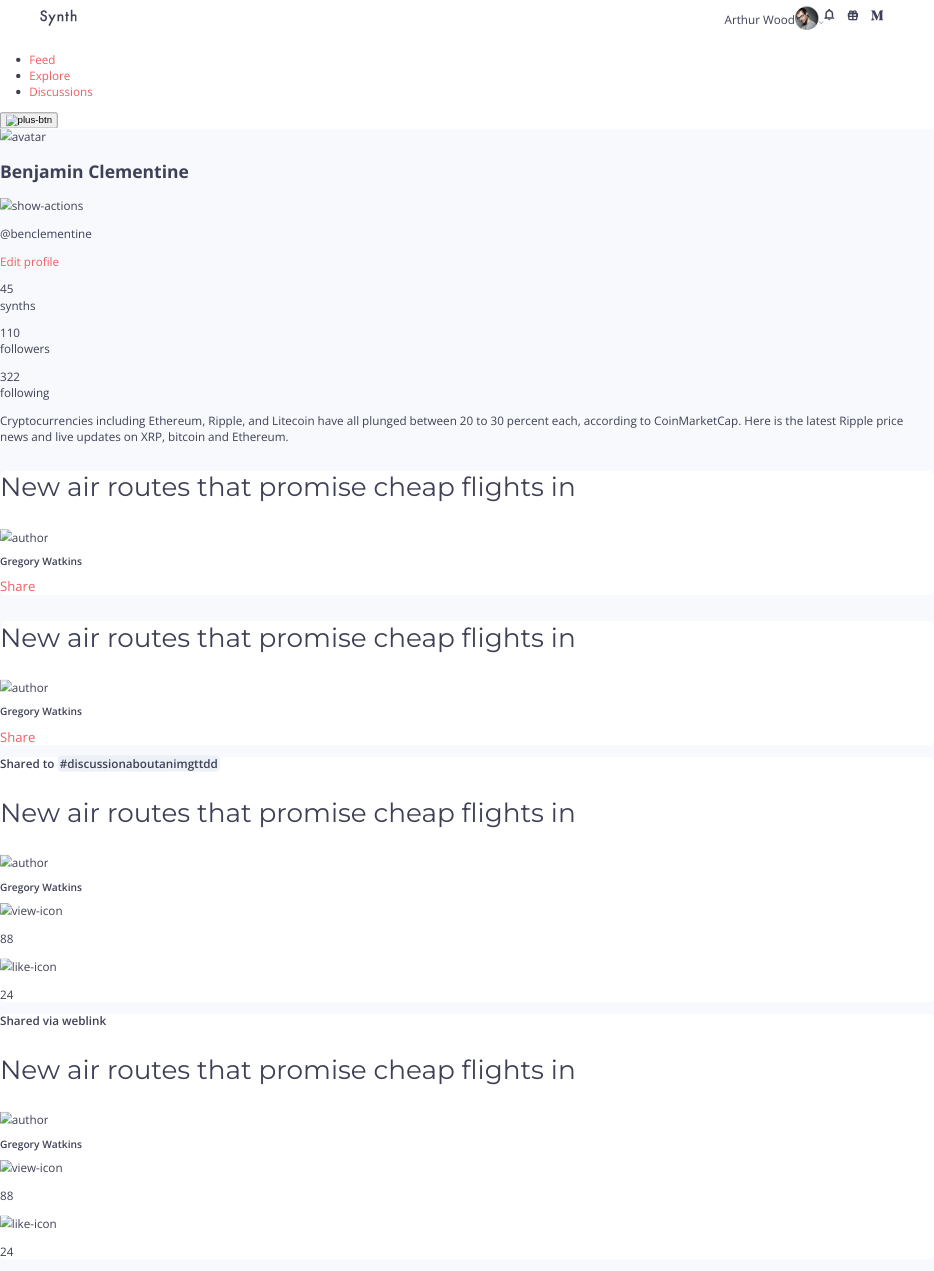
Repository: ecspetra/swivl-test-task
Page: index.html
The author's editor kept a copy of each file at every save. The page is drawn from the files as they stood at one save, then again after the next save.
The browser window is 1280 px wide. The pictures show the whole page, at 73% of full size.
The style sheet was rebuilt from its Sass, Less or Tailwind sources for each picture, by a compiler version that may differ from the author's.

Above is the page before, as saved 2021-12-09 22:10:18.

### index.html
<!DOCTYPE html>
<html lang="en">

<head>
    <meta charset="UTF-8">
    <meta http-equiv="X-UA-Compatible" content="IE=edge">
    <meta name="viewport" content="width=device-width, initial-scale=1.0">
    <link rel="stylesheet" href="css/style.css">
    <link rel="preconnect" href="https://fonts.googleapis.com">
    <link rel="preconnect" href="https://fonts.gstatic.com" crossorigin>
    <link
        href="https://fonts.googleapis.com/css2?family=Montserrat:wght@400;600&family=Open+Sans:wght@400;600;700&display=swap"
        rel="stylesheet">
    <title>Synth User Profile</title>
</head>

<body>
    <header>
        <div class="header">
            <div class="header__logo-wrapper">
                <img class="header__logo" src="img/synth-logotype.svg" alt="synth-logotype">
            </div>
            <div class="header__profile">
                <div class="header__user">
                    <p class="header__username">Arthur Wood</p>
                    <div class="header__avatar-wrapper">
                        <img class="header__avatar" src="img/header__avatar.png" alt="avatar">
                    </div>
                    <div class="header__arrow-wrapper">
                        <svg class="header__arrow-icon" id="ba6410b2-2881-4fc2-923a-a8db5a3872e4" data-name="Слой 1"
                            xmlns="http://www.w3.org/2000/svg" viewBox="0 0 10 6">
                            <defs>
                                <style>
                                    .f6cb09cf-160b-4058-9ce5-6ae66b7c591d {
                                        fill: #3e4056;
                                    }
                                </style>
                            </defs>
                            <path class="f6cb09cf-160b-4058-9ce5-6ae66b7c591d"
                                d="M5,6a1,1,0,0,1-.71-.29l-4-4A1,1,0,0,1,1.71.29L5,3.59,8.29.29A1,1,0,1,1,9.71,1.71l-4,4A1,1,0,0,1,5,6Z" />
                        </svg>
                    </div>
                </div>
                <div class="header__icons">
                    <div class="header__icon-wrapper">
                        <svg class="header__notifications-icon" width="14" height="16" viewBox="0 0 14 16" fill="none"
                            xmlns="http://www.w3.org/2000/svg">
                            <mask id="path-1-inside-1_0_47" fill="white">
                                <path fill-rule="evenodd" clip-rule="evenodd"
                                    d="M8.64706 14.4C8.64706 15.28 7.90588 16 7 16C6.09412 16 5.35294 15.28 5.35294 14.4H6.64706H7H7.35294H8.64706ZM7 3.51197L6.2133 3.69304C4.69773 4.04187 3.64706 5.33599 3.64706 6.8V11.2V11.6H11.9644L12.3529 11.2L12.7647 11.6L14 12.8V13.6H13.2229H12H11.9532H2.04679H2H0.777143H0V12.8L1.23529 11.6L1.64706 11.2V6.8C1.64706 4.344 3.40118 2.288 5.76471 1.744V1.2C5.76471 0.536 6.31647 0 7 0C7.68353 0 8.23529 0.536 8.23529 1.2V1.744C10.5988 2.288 12.3529 4.344 12.3529 6.8V11.2H10.3529V6.8C10.3529 5.33599 9.30227 4.04187 7.7867 3.69304L7 3.51197Z" />
                            </mask>
                            <path
                                d="M8.64706 14.4H10.6471V12.4H8.64706V14.4ZM5.35294 14.4V12.4H3.35294V14.4H5.35294ZM6.2133 3.69304L6.6619 5.64208H6.6619L6.2133 3.69304ZM7 3.51197L7.4486 1.56293L7 1.45968L6.5514 1.56293L7 3.51197ZM3.64706 11.6H1.64706V13.6H3.64706V11.6ZM11.9644 11.6V13.6H12.8098L13.3989 12.9936L11.9644 11.6ZM12.7647 11.6L11.3711 13.0346L12.7647 11.6ZM14 12.8H16V11.9545L15.3936 11.3654L14 12.8ZM14 13.6V15.6H16V13.6H14ZM0 13.6H-2V15.6H0V13.6ZM0 12.8L-1.39357 11.3654L-2 11.9545V12.8H0ZM1.23529 11.6L-0.158278 10.1654H-0.158278L1.23529 11.6ZM1.64706 11.2L3.04063 12.6346L3.64706 12.0455V11.2H1.64706ZM5.76471 1.744L6.2133 3.69304L7.76471 3.33596V1.744H5.76471ZM8.23529 1.744H6.23529V3.33596L7.78669 3.69304L8.23529 1.744ZM10.3529 11.2H8.35294V13.2H10.3529V11.2ZM7.7867 3.69304L7.3381 5.64208H7.3381L7.7867 3.69304ZM7 18C8.95541 18 10.6471 16.4388 10.6471 14.4H6.64706C6.64706 14.1212 6.85636 14 7 14V18ZM3.35294 14.4C3.35294 16.4388 5.04459 18 7 18V14C7.14364 14 7.35294 14.1212 7.35294 14.4H3.35294ZM6.64706 12.4H5.35294V16.4H6.64706V12.4ZM7 12.4H6.64706V16.4H7V12.4ZM7.35294 12.4H7V16.4H7.35294V12.4ZM8.64706 12.4H7.35294V16.4H8.64706V12.4ZM6.6619 5.64208L7.4486 5.46101L6.5514 1.56293L5.76471 1.744L6.6619 5.64208ZM5.64706 6.8C5.64706 6.32045 6.00193 5.79398 6.6619 5.64208L5.76471 1.744C3.39352 2.28976 1.64706 4.35153 1.64706 6.8H5.64706ZM5.64706 11.2V6.8H1.64706V11.2H5.64706ZM5.64706 11.6V11.2H1.64706V11.6H5.64706ZM11.9644 9.6H3.64706V13.6H11.9644V9.6ZM10.9184 9.80643L10.5298 10.2064L13.3989 12.9936L13.7875 12.5936L10.9184 9.80643ZM14.1583 10.1654L13.7465 9.76544L10.9594 12.6346L11.3711 13.0346L14.1583 10.1654ZM15.3936 11.3654L14.1583 10.1654L11.3711 13.0346L12.6064 14.2346L15.3936 11.3654ZM16 13.6V12.8H12V13.6H16ZM13.2229 15.6H14V11.6H13.2229V15.6ZM12 15.6H13.2229V11.6H12V15.6ZM11.9532 15.6H12V11.6H11.9532V15.6ZM2.04679 15.6H11.9532V11.6H2.04679V15.6ZM2 15.6H2.04679V11.6H2V15.6ZM0.777143 15.6H2V11.6H0.777143V15.6ZM0 15.6H0.777143V11.6H0V15.6ZM-2 12.8V13.6H2V12.8H-2ZM-0.158278 10.1654L-1.39357 11.3654L1.39357 14.2346L2.62887 13.0346L-0.158278 10.1654ZM0.253487 9.76544L-0.158278 10.1654L2.62887 13.0346L3.04063 12.6346L0.253487 9.76544ZM-0.352941 6.8V11.2H3.64706V6.8H-0.352941ZM5.31611 -0.20504C2.10462 0.534128 -0.352941 3.35201 -0.352941 6.8H3.64706C3.64706 5.33599 4.69773 4.04187 6.2133 3.69304L5.31611 -0.20504ZM3.76471 1.2V1.744H7.76471V1.2H3.76471ZM7 -2C5.26695 -2 3.76471 -0.622824 3.76471 1.2H7.76471C7.76471 1.69482 7.36599 2 7 2V-2ZM10.2353 1.2C10.2353 -0.622824 8.73305 -2 7 -2V2C6.63401 2 6.23529 1.69482 6.23529 1.2H10.2353ZM10.2353 1.744V1.2H6.23529V1.744H10.2353ZM14.3529 6.8C14.3529 3.35201 11.8954 0.534128 8.68389 -0.20504L7.78669 3.69304C9.30227 4.04187 10.3529 5.33599 10.3529 6.8H14.3529ZM14.3529 11.2V6.8H10.3529V11.2H14.3529ZM10.3529 13.2H12.3529V9.2H10.3529V13.2ZM8.35294 6.8V11.2H12.3529V6.8H8.35294ZM7.3381 5.64208C7.99807 5.79398 8.35294 6.32045 8.35294 6.8H12.3529C12.3529 4.35153 10.6065 2.28976 8.23529 1.744L7.3381 5.64208ZM6.5514 5.46101L7.3381 5.64208L8.23529 1.744L7.4486 1.56293L6.5514 5.46101Z"
                                fill="#3E4056" mask="url(#path-1-inside-1_0_47)" />
                        </svg>
                    </div>
                    <div class="header__icon-wrapper">
                        <svg class="header__share-icon" id="b2f878dd-77d2-4c09-b9a4-707f73bc2f55" data-name="Слой 1"
                            xmlns="http://www.w3.org/2000/svg" viewBox="0 0 16 15.42">
                            <defs>
                                <style>
                                    .bae8df2b-01c6-49e5-bc60-1f7b441e47a7 {
                                        fill: #3e4056;
                                    }
                                </style>
                            </defs>
                            <g id="b9b9b8c9-97a8-42bd-8cda-88f7a0d50de3" data-name="Rectangle 10">
                                <path class="bae8df2b-01c6-49e5-bc60-1f7b441e47a7"
                                    d="M12,15.42H4a3,3,0,0,1-3-3v-6a3,3,0,0,1,3-3h8a3,3,0,0,1,3,3v6A3,3,0,0,1,12,15.42Zm-8-10a1,1,0,0,0-1,1v6a1,1,0,0,0,1,1h8a1,1,0,0,0,1-1v-6a1,1,0,0,0-1-1Z" />
                            </g>
                            <g id="ac1fcabc-fe41-4ad4-8f2c-08a9574db54f" data-name="Oval 6 Copy 3">
                                <path class="bae8df2b-01c6-49e5-bc60-1f7b441e47a7"
                                    d="M5.56,6.07a4.5,4.5,0,0,1-1.48-.24A3.16,3.16,0,0,1,2.34,4.28,2.93,2.93,0,0,1,2.21,2,3,3,0,0,1,6.13.19a4.73,4.73,0,0,1,2,1.52,2.74,2.74,0,0,1,.64,2.64C8.35,5.56,6.89,6.07,5.56,6.07ZM5.05,2a1,1,0,0,0-1,.64.94.94,0,0,0,0,.75A1.09,1.09,0,0,0,4.77,4a2.41,2.41,0,0,0,2.14-.28A1.13,1.13,0,0,0,6.58,3a2.88,2.88,0,0,0-1.13-.88A1.09,1.09,0,0,0,5.05,2Z" />
                            </g>
                            <g id="abe7f8d5-9a70-44fc-800c-0d9336f48a5e" data-name="Oval 6 Copy 4">
                                <path class="bae8df2b-01c6-49e5-bc60-1f7b441e47a7"
                                    d="M10.44,6.07c-1.33,0-2.79-.51-3.23-1.72a2.74,2.74,0,0,1,.64-2.64,4.73,4.73,0,0,1,2-1.52A3,3,0,0,1,13.79,2a3.05,3.05,0,0,1-1.87,3.87A4.5,4.5,0,0,1,10.44,6.07ZM11,2a1.09,1.09,0,0,0-.4.07A2.88,2.88,0,0,0,9.42,3a1.13,1.13,0,0,0-.33.72A2.42,2.42,0,0,0,11.23,4h0a1,1,0,0,0,.68-1.31A1,1,0,0,0,11,2Z" />
                            </g>
                            <g id="ba091cbe-8ec9-403f-a7b6-b61023df330d" data-name="Rectangle 11">
                                <rect class="bae8df2b-01c6-49e5-bc60-1f7b441e47a7" x="7" y="4.42" width="2"
                                    height="10" />
                            </g>
                            <path class="bae8df2b-01c6-49e5-bc60-1f7b441e47a7"
                                d="M14,4.12H2a2,2,0,0,0-2,2v3a1,1,0,0,0,1,1H15a1,1,0,0,0,1-1v-3A2,2,0,0,0,14,4.12Zm0,4.06H2V6.12H14Z" />
                        </svg>
                    </div>
                    <div class="header__icon-wrapper">
                        <svg class="header__medium-icon" width="16" height="13" viewBox="0 0 16 13" fill="none"
                            xmlns="http://www.w3.org/2000/svg">
                            <path
                                d="M1.89729 2.65197C1.91717 2.45096 1.84227 2.25228 1.69561 2.11699L0.201681 0.275132V0H4.84034L8.42577 8.04762L11.578 0H16V0.275132L14.7227 1.52851C14.6126 1.61442 14.5579 1.75561 14.5808 1.89536V11.1046C14.5579 11.2444 14.6126 11.3856 14.7227 11.4715L15.9701 12.7249V13H9.69561V12.7249L10.9879 11.4409C11.1148 11.311 11.1148 11.2728 11.1148 11.0741V3.63022L7.52194 12.9694H7.03641L2.85341 3.63022V9.88948C2.81853 10.1526 2.90393 10.4176 3.08497 10.6079L4.76564 12.6943V12.9694H0V12.6943L1.68067 10.6079C1.86039 10.4173 1.94081 10.1506 1.89729 9.88948V2.65197Z"
                                fill="#3E3F58" />
                        </svg>
                    </div>
                </div>
            </div>
        </div>
        <div class="header__navigation-wrapper">
            <nav class="header__navigation">
                <ul>
                    <li><a href="#">Feed</a></li>
                    <li><a href="#">Explore</a></li>
                    <li><a href="#">Discussions</a></li>
                </ul>
            </nav>
        </div>
        <button class="header__btn-wrapper">
            <img class="header__btn" src="" alt="plus-btn">
        </button>
    </header>
    <main>
        <section>
            <div class="profile">
                <div class="profile__user-details">
                    <div class="profile__general">
                        <div class="profile__avatar-wrapper">
                            <img class="profile__avatar" src="" alt="avatar">
                        </div>
                        <div class="profile__name-wrapper">
                            <h2 class="profile__name">Benjamin Clementine</h2>
                            <div class="profile__dots-wrapper">
                                <img class="profile__dots" src="" alt="show-actions">
                            </div>
                        </div>
                        <p class="profile__instagram">@benclementine</p>
                        <a class="profile__edit-btn" href="#">Edit profile</a>
                    </div>
                    <div class="profile__statistics">
                        <p class="profile__synths"><span>45</span><br>synths</p>
                        <p class="profile__followers"><span>110</span><br>followers</p>
                        <p class="profile__following"><span>322</span><br>following</p>
                    </div>
                    <p class="profile__description">Cryptocurrencies including Ethereum, Ripple, and Litecoin have all
                        plunged between 20 to 30 percent each, according to CoinMarketCap. Here is the latest Ripple
                        price news and live updates on XRP, bitcoin and Ethereum.</p>
                </div>

                <div class="profile__switcher"></div>

                <div class="profile__cards-wrapper">
                    <article class="profile-card">
                        <h1 class="profile-card__headline">New air routes that promise cheap flights in</h1>
                        <div class="profile-card__bottom">
                            <div class="profile-card__author-wrapper">
                                <div class="profile-card__author-photo">
                                    <img class="profile-card__author" src="" alt="author">
                                </div>
                                <p class="profile-card__author-name">Gregory Watkins</p>
                            </div>
                            <div class="profile-card__actions-wrapper">
                                <div class="profile-card__share-wrapper">
                                    <a class="profile-card__share-link">Share</a>
                                </div>
                            </div>
                        </div>
                    </article>
                    <article class="profile-card">
                        <h1 class="profile-card__headline">New air routes that promise cheap flights in</h1>
                        <div class="profile-card__bottom">
                            <div class="profile-card__author-wrapper">
                                <div class="profile-card__author-photo">
                                    <img class="profile-card__author" src="" alt="author">
                                </div>
                                <p class="profile-card__author-name">Gregory Watkins</p>
                            </div>
                            <div class="profile-card__actions-wrapper">
                                <div class="profile-card__share-wrapper">
                                    <a class="profile-card__share-link" href="#">Share</a>
                                </div>
                            </div>
                        </div>
                    </article>
                    <article class="profile-card">
                        <p class="profile-card__top">Shared to <span>#discussionaboutanimgttdd</span></p>
                        <h1 class="profile-card__headline">New air routes that promise cheap flights in</h1>
                        <div class="profile-card__bottom">
                            <div class="profile-card__author-wrapper">
                                <div class="profile-card__author-photo">
                                    <img class="profile-card__author" src="" alt="author">
                                </div>
                                <p class="profile-card__author-name">Gregory Watkins</p>
                            </div>
                            <div class="profile-card__actions-wrapper">
                                <div class="profile-card__icon-wrapper">
                                    <img class="profile-card__view-icon" src="" alt="view-icon">
                                    <p class="profile-card__icon-counter">88</p>
                                </div>
                                <div class="profile-card__icon-wrapper">
                                    <img class="profile-card__like-icon" src="" alt="like-icon">
                                    <p class="profile-card__icon-counter">24</p>
                                </div>
                            </div>
                        </div>
                    </article>
                    <article class="profile-card">
                        <p class="profile-card__top weblink-shared">Shared via weblink</p>
                        <h1 class="profile-card__headline">New air routes that promise cheap flights in</h1>
                        <div class="profile-card__bottom">
                            <div class="profile-card__author-wrapper">
                                <div class="profile-card__author-photo">
                                    <img class="profile-card__author" src="" alt="author">
                                </div>
                                <p class="profile-card__author-name">Gregory Watkins</p>
                            </div>
                            <div class="profile-card__actions-wrapper">
                                <div class="profile-card__icon-wrapper">
                                    <img class="profile-card__view-icon" src="" alt="view-icon">
                                    <p class="profile-card__icon-counter">88</p>
                                </div>
                                <div class="profile-card__icon-wrapper">
                                    <img class="profile-card__like-icon" src="" alt="like-icon">
                                    <p class="profile-card__icon-counter">24</p>
                                </div>
                            </div>
                        </div>
                    </article>
                </div>
            </div>
        </section>
    </main>

</body>

</html>

### scss/style.scss
$bg-color: #f7f9fc;
$main-color: #3e4056;
$accent-color: #f05d63;
$text-bg-color: #ecf1f8;

body {
  width: 100%;
  height: auto;
  margin: 0;
  padding: 0;
  background-color: $bg-color;
  font-family: "Open Sans", sans-serif;
  color: $main-color;
}

* {
  -webkit-box-sizing: border-box;
  box-sizing: border-box;
}

header {
  width: 100%;
  background-color: #ffffff;
}
main,
section {
  width: 100%;
}
a {
  text-decoration: none;
  color: $accent-color;
}
.header {
  max-width: 1218px;
  padding: 0 24px;
  margin: 0 auto;
  display: -webkit-box;
  display: -ms-flexbox;
  display: flex;
  -webkit-box-orient: horizontal;
  -webkit-box-direction: normal;
  -ms-flex-direction: row;
  flex-direction: row;
  -webkit-box-pack: justify;
  -ms-flex-pack: justify;
  justify-content: space-between;
  -webkit-box-align: center;
  -ms-flex-align: center;
  align-items: center;
}
.header__logo-wrapper {
}
.header__logo {
}
.header__profile {
  display: -webkit-box;
  display: -ms-flexbox;
  display: flex;
  -webkit-box-orient: horizontal;
  -webkit-box-direction: normal;
  -ms-flex-direction: row;
  flex-direction: row;
  -webkit-box-pack: end;
  -ms-flex-pack: end;
  justify-content: flex-end;
  -webkit-box-align: center;
  -ms-flex-align: center;
  align-items: center;
}
.header__user,
.header__icons {
  display: -webkit-box;
  display: -ms-flexbox;
  display: flex;
  -webkit-box-orient: horizontal;
  -webkit-box-direction: normal;
  -ms-flex-direction: row;
  flex-direction: row;
  -webkit-box-pack: justify;
  -ms-flex-pack: justify;
  justify-content: space-between;
  -webkit-box-align: center;
  -ms-flex-align: center;
  align-items: center;
}
.header__user {
}
.header__username {
}
.header__avatar-wrapper {
}
.header__avatar {
}
.header__arrow-wrapper {
}
.header__arrow-icon {
  width: 8px;
  height: 4px;
  opacity: 0.4;
}
.header__icons {
}
.header__icon-wrapper {
  width: 32px;
  height: 32px;
}
.header__share-icon,
.header__share-icon,
.header__medium-icon {
  width: auto;
  height: 14px;
}
.header__navigation-wrapper {
}
.header__navigation {
}
.header__btn-wrapper {
}
.header__btn {
}
.profile {
}
.profile__user-details {
}
.profile__general {
}
.profile__avatar-wrapper {
}
.profile__avatar {
}
.profile__name-wrapper {
}
.profile__name {
}
.profile__dots-wrapper {
}
.profile__dots {
}
.profile__instagram {
}
.profile__edit-btn {
}
.profile__statistics {
}
.profile__synths {
}
.profile__followers {
}
.profile__following {
}
.profile__description {
}
.profile__switcher {
}
.profile__cards-wrapper {
}
.profile-card {
  background-color: #ffffff;
  border-radius: 8px;
  width: 100%;
}
.profile-card__headline {
  font: 400 36px / 44px "Montserrat", sans-serif;
}
.profile-card__bottom {
}
.profile-card__author-wrapper {
}
.profile-card__author-photo {
}
.profile-card__author {
}
.profile-card__author-name {
  font: 600 14px / 16px "Open Sans", sans-serif;
}
.profile-card__actions-wrapper {
}
.profile-card__share-wrapper {
}
.profile-card__share-link {
  font: 400 18px / 24px "Open Sans", sans-serif;
}
.profile-card__top {
  font: 600 16px / 18px "Open Sans", sans-serif;

  span {
    background-color: $text-bg-color;
    border-radius: 6px;
    padding: 0 3px;
    white-space: nowrap;
    overflow: hidden;
    text-overflow: ellipsis;
  }
}
.profile-card__icon-wrapper {
}
.profile-card__view-icon {
}
.profile-card__icon-counter {
}
.profile-card__like-icon {
}
.weblink-shared {
}

After the next save:
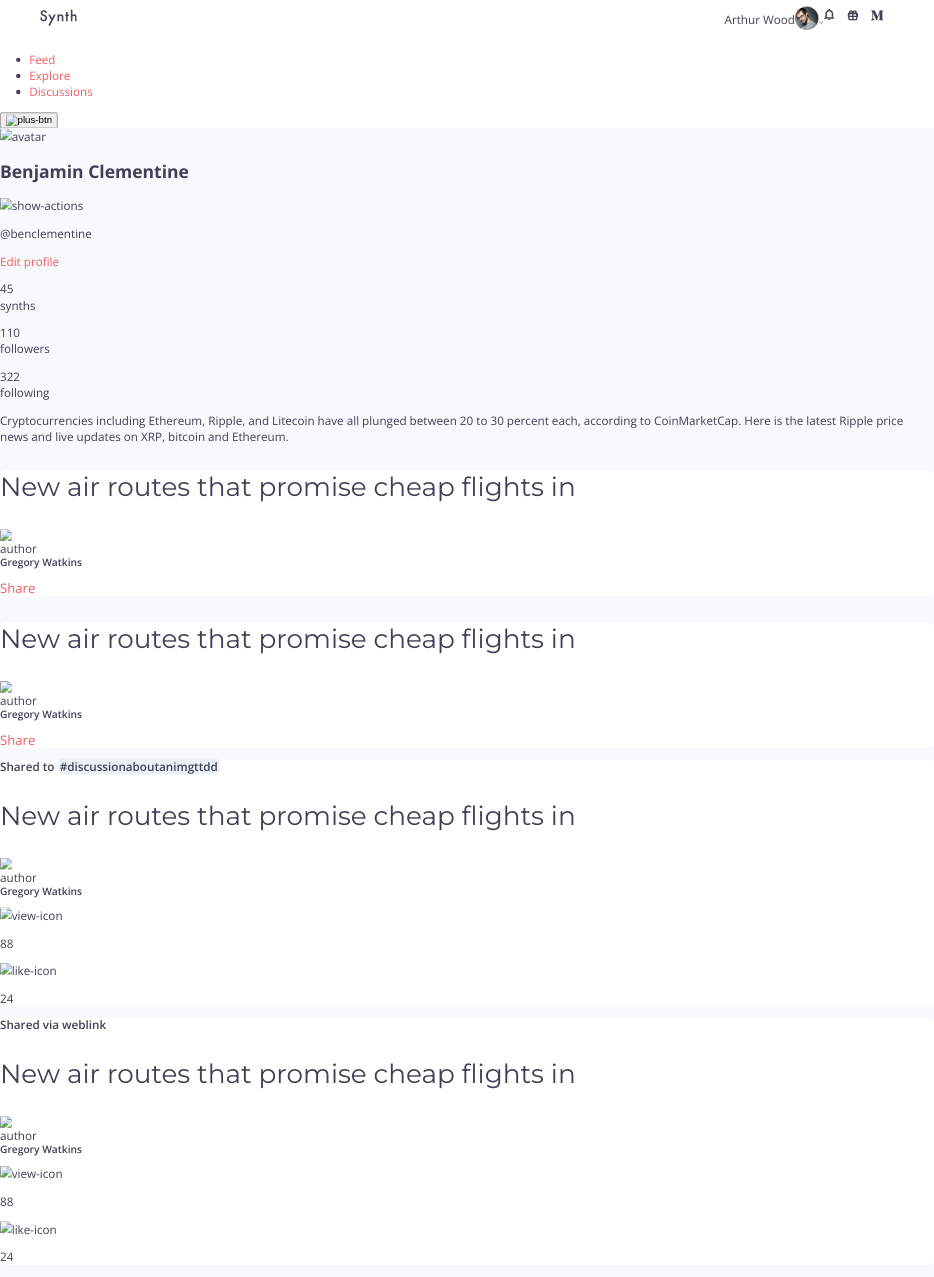
Saved 28 s later.
--- a/scss/style.scss
+++ b/scss/style.scss
@@ -167,6 +167,8 @@ a {
 .profile-card__author-wrapper {
 }
 .profile-card__author-photo {
+  width: 24px;
+  height: 24px;
 }
 .profile-card__author {
 }
